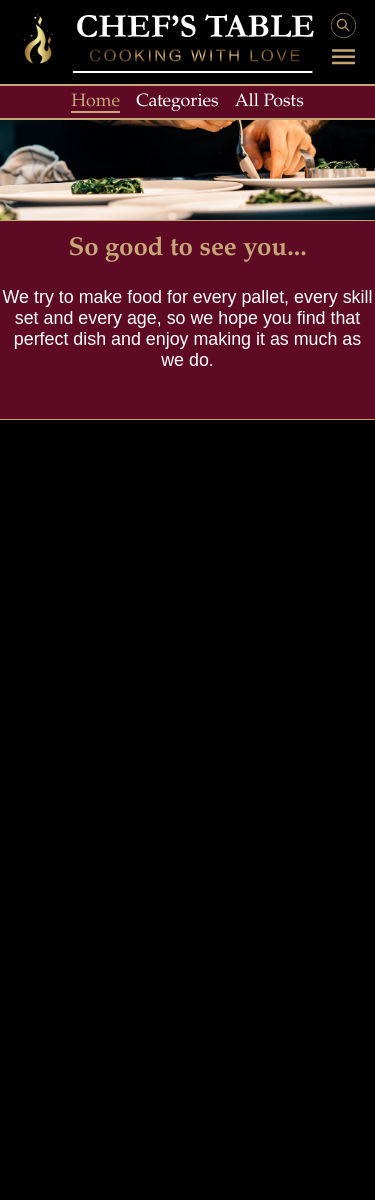
Repository: Noroff-FEU-Assignments/project-exam-1-runeunhjem
Page: index.html
The author's editor kept a copy of each file at every save. The page is drawn from the files as they stood at one save, then again after the next save.
The browser window is 375 px wide. The pictures show the whole page.
The page's requests for data from a server got no answer.

Above is the page before, as saved 2023-05-01 13:54:13.

### index.html
<!DOCTYPE html>
<html lang="en">
<head>
  <!-- Hotjar Tracking Code for CHEF'S TABLE -->
  <script>
      (function(h,o,t,j,a,r){
          h.hj=h.hj||function(){(h.hj.q=h.hj.q||[]).push(arguments)};
          h._hjSettings={hjid:3468936,hjsv:6};
          a=o.getElementsByTagName('head')[0];
          r=o.createElement('script');r.async=1;
          r.src=t+h._hjSettings.hjid+j+h._hjSettings.hjsv;
          a.appendChild(r);
      })(window,document,'https://static.hotjar.com/c/hotjar-','.js?sv=');
  </script>
  <meta charset="UTF-8">
  <meta http-equiv="X-UA-Compatible" content="IE=edge">
  <meta name="viewport" content="width=device-width, initial-scale=1.0">
  <meta name="keywords" content="Cooking, Chef, Table, Dinner, Dessert, Cousine, Recipes, Food">
  <meta name="description" content="A blog with recipes for only the best and juiciest dishes">
  <link rel="stylesheet" href="css/styles.css">
  <link rel="stylesheet" href="css/out-of-view-menu-text.css">
  <link rel="shortcut icon" href="favicon.ico" type="image/x-icon">
  <script defer src="js/posts.js" type="module"></script>
  <script defer src="js/searchbar.js"></script>
  <script defer src="js/script.js" type="module"></script>
  <title>CHEF'S TABLE | Home</title>
</head>
<body>
  <header class="header-desktop header-mobile" aria-label="Header">
    <div class="header-container">
      <div class="header-flame-logo head-item">
        <a href="index.html" aria-label="Home">
          <img src="images/logo-flame.svg" class="flame-logo" alt="Chef's Table Flame Logo">
          <span class="out-of-view-menu-text">Home</span>
        </a>
      </div>
      <div class="header-text-logo head-item">
        <img src="images/mob-logo-text.svg" id="logo-text" alt="Chef's Table Text Logo">
      </div>
        <div class="search-and-menu header-icons head-item">
          <div class="search-icon">
            <img src="images/ico-search.svg" alt="Search Icon">
          </div>
          <div class="menu-icon">
            <img src="images/ico-menu.svg" alt="Menu Icon">
          </div>
        </div>
    </div>
    <nav class="main-navigation" aria-label="Main Navigation">
      <div class="nav-container">
        <div class="desk-menu mob-menu menu">
            <ul class="search-bar nav-bar">
              <li><a href="index.html" class="active">Home</a></li>
              <li><a href="categories.html">Categories</a></li>
              <li><a href="all-posts.html">All Posts</a></li>
              <li class="desktop-only tablet"><a href="latest-posts.html">Latest Posts</a></li>
              <li class="desktop-only tablet"><a href="image-gallery.html">Image Gallery</a></li>
              <li class="desktop-only"><a href="contact.html">Contact</a></li>
              <li class="desktop-only"><a href="about.html">About</a></li>
              <li class="desktop-only"><a href="add-new-post.html">Add New Post</a></li>
            </ul>
            <div class="search-container">
              <form>
                <input type="text" placeholder="Search..." aria-label="Search for recipes">
                <button type="submit" class="search-button">
                  <div class="searchbar-icon">
                    <img src="images/ico-search.svg" alt="Search Icon">
                  </div>
                </button>
              </form>
            </div>
          </div>
        </div>
    </nav>
  </header>
  <main class="index" aria-label="Main Section">
    <div class="hero-image post-preview" id="post-preview"></div>
    <div class ="thank-you-note">
      <h3 class="so-god-to-see-you">So good to see you...</h3>
      <p class="enjoy-note">We try to make food for every pallet, every skill set and every age, so we hope you find that perfect dish and enjoy making it as much as we do.</p>
    </div>
    <div class="carousel-home" id="carousel-home"></div>
  </main>
  <footer>
  </footer>
</body>
</html>

### css/styles.css
:root {
  --color-black: #000000;
  --color-white: #FFFFFF;
  --color-grey: #D9D9D9;
  --color-gold: #C6A777;
  --color-red: #A60033;
  --color-burgundy: #5E0A24;
  --border-radius-50: 50%;
  --border-radius-10: 10%;
  --border-1px-gold: 1px solid var(--color-gold);
  --border-2px-gold: 2px solid var(--color-gold);
  --font-family-elegant: "Garamond", "Times New Roman", serif;
  --font-family-normal: "Arial", "Helvetica", sans-serif;
}

*, *:before, *:after {
  box-sizing: inherit;
}

body {
  margin: 0;
  box-sizing: border-box;
  background-color: var(--color-black);
  color: var(--color-white);
  min-height: 150vh;
}

header {
  display: flex;
  justify-content: center;
  flex-wrap: wrap;
}

img {
  max-width: 100%;
  max-height: 100%;
}

.header-container {
  display: flex;
  justify-content: space-around;
  align-items: center;
  margin: 0.5em 1em 0.7em 1em;
  box-sizing: border-box;
  max-height: 100%;
  width: 90vw;
  max-width: 970px;
  gap: 1em;
}
.header-container .flame-logo {
  max-height: 100px;
}

.header-text-logo {
  display: flex;
  align-items: flex-start;
}

.search-icon, .menu-icon {
  display: flex;
  justify-content: center;
  align-items: flex-end;
}

.search-and-menu {
  gap: 0.5em;
}

.head-item {
  display: flex;
  flex-direction: column;
  align-items: center;
  justify-content: center;
}

.main-navigation {
  display: flex;
  justify-content: center;
  align-items: center;
  height: auto;
  max-width: 100%;
  max-height: 100%;
}

.nav-container .menu {
  background-color: var(--color-burgundy);
  border-top: var(--border-2px-gold);
  border-bottom: var(--border-2px-gold);
  display: flex;
  flex-direction: column;
  justify-content: center;
  align-items: center;
  width: 100vw;
  min-height: 36px;
  height: 4vw;
  max-height: 48px;
}
.nav-container ul {
  display: flex;
  justify-content: space-around;
  gap: 1em;
  padding: 0;
  margin: 0;
  align-items: center;
}
.nav-container a {
  font-family: var(--font-family-elegant);
  font-size: calc(1rem + 0.5vw);
  color: var(--color-white);
  text-decoration: none;
}
.nav-container .hide {
  display: none;
}
.nav-container a:hover {
  color: var(--color-gold);
}
.nav-container li {
  list-style: none;
}
.nav-container .active {
  color: var(--color-gold);
  border-bottom: var(--border-2px-gold);
}

.search-container {
  display: none;
}

.show {
  display: flex;
  justify-content: center;
  align-items: center;
  max-width: 970px;
}
.show form {
  display: flex;
  justify-content: center;
  align-items: center;
  gap: 0.5em;
}
.show form input {
  text-indent: 0.5em;
  font-size: 1.2rem;
  background-color: var(--color-black);
  color: var(--color-white);
  border: var(--border-1px-gold);
  min-height: 24px;
  height: 2vw;
  min-width: 250px;
  border-radius: 6px;
}
.show form .search-button {
  border-radius: var(--border-radius-50);
  padding: 0;
  margin: 0;
  background-color: var(--color-burgundy);
  border: 1px solid var(--color-burgundy);
  min-height: 24px;
  height: 2vw;
}
.show img {
  min-height: 24px;
  height: 2vw;
}

main {
  display: flex;
  flex-direction: column;
  justify-content: flex-start;
  align-items: center;
}

.hero-image {
  background-image: url(../images/hero-image.png);
  background-size: cover;
  background-repeat: no-repeat;
  background-position: center bottom;
  width: 100vw;
  height: 279px;
}

.thank-you-note {
  display: flex;
  flex-direction: column;
  justify-content: flex-start;
  text-align: center;
  width: 100%;
  height: 200px;
  background-color: var(--color-burgundy);
  color: var(--color-white);
  border-top: var(--border-1px-gold);
  border-bottom: var(--border-1px-gold);
}

.so-god-to-see-you {
  margin: 0.5em auto;
  font-family: var(--font-family-elegant);
  font-size: calc(1.5rem + 0.5vw);
  color: var(--color-gold);
}

.enjoy-note {
  margin: 0.5em auto;
  font-family: var(--font-family-normal);
  font-size: calc(1rem + 0.5vw);
}

.carousel-home {
  display: flex;
  justify-content: flex-start;
  align-items: flex-start;
  width: 80vw;
  margin-bottom: 2em;
  gap: 1em;
}

.post-container {
  border: var(--border-1px-gold);
  border-radius: 6px;
  padding: 0.5em;
  height: 295px;
  width: 243px;
}

.post-image-container {
  width: 213px;
  height: 110px;
  padding-bottom: 56.25%; /* 16:9 aspect ratio */
  background-size: cover;
  background-position: center center;
  border-top-left-radius: 6px;
  border-top-right-radius: 6px;
}

.post-title {
  font-family: var(--font-family-elegant);
  font-size: 1.2rem;
  font-weight: bold;
  color: var(--color-gold);
  height: 40px;
  margin: 0.4em 0 0 0;
}

.post-tagline {
  font-family: var(--font-family-normal);
  margin: 0.4em 0;
  font-size: 0.9rem;
  height: 32px;
}

.post-tags {
  font-family: var(--font-family-normal);
  font-size: 0.8rem;
  margin: 0 0 0.6em 0;
  height: 48px;
  line-height: 1.35;
}

.post-added {
  font-family: var(--font-family-normal);
  font-size: 0.7rem;
  margin: 0;
}

@media screen and (max-width: 768px) {
  .desktop-only {
    display: none;
  }
  .tablet {
    display: block;
  }
  .hero-image {
    background-image: url(../images/hero-image.png);
    height: 180px;
  }
}
@media screen and (max-width: 460px) {
  .tablet {
    display: none;
  }
  .hero-image {
    background-image: url(../images/hero-image.png);
    height: 100px;
  }
}/*# sourceMappingURL=styles_20230501135413.css.map */

### css/out-of-view-menu-text.css
.out-of-view-menu-text {
  position: absolute;
  left: -10000px;
}

### js/posts.js
const apiUrl = "https://wordpress.runeunhjem.no/wp-json/wp/v2/posts?per_page=50";
let posts = [];

async function getPosts() {
  try {
    const response = await fetch(apiUrl);
    const result = await response.json();
    console.log(result);

    for (const item of result) {
      const categoriesResponse = await fetch(item._links["wp:term"][0].href);
      const categoriesResult = await categoriesResponse.json();
      const categories = categoriesResult.map(category => category.name);

      const tagsResponse = await fetch(item._links["wp:term"][1].href);
      const tagsResult = await tagsResponse.json();
      const tags = tagsResult
        .filter((tag) => tag.name !== "ep1" && tag.name !== "food").map((tag) => tag.name);

      const post = {
        postId: item.id,
        title: item.title.rendered.replace(/&amp;/g, "&"),
        shortDescription: item.content.rendered.match(/<p>(.*?)<\/p>/)[1].trim(),
        tags: tags,
        date: new Date(item.date),
        categories: categories,
        image: item.content.rendered.match(/src="([^"]*)"/)[1],
        instructions: item.content.rendered.match(/<ol>(.*?)<\/ol>/s)[0],
        recipe: item.content.rendered.match(/Ingredients:([\s\S]*?)<ol>/)[1].trim(),
      };
      posts.push(post);
    // for (const item of result) {
    //   // fetch categories and tags for the post

    //   const post = {
    //     postId: item.id,
    //     title: item.title.rendered.replace(/&/g, "&amp;"),
    //     categories: categories,
    //     tags: tags,
    //     image: item.content.rendered.match(/src="([^"]*)"/)[1],
    //     instructions: item.content.rendered.match(/<ol>(.*?)<\/ol>/s)[0],
    //     recipe: item.content.rendered.match(/Ingredients:([\s\S]*?)<ol>/)[1].trim(),
    //     shortDescription: item.excerpt.rendered.replace(/(<([^>]+)>)/gi, "").trim()
    //   };
    //   posts.push(post);
    };
  } catch (error) {
    console.log(error);
  };
};

export { getPosts, posts };

### js/script.js
import { getPosts, posts } from "./posts.js";

(async function () {
  await getPosts();
  console.log("posts is: ", posts);

  const carousel = document.getElementById("carousel-home");

  for (const post of posts) {
    const postContainer = document.createElement("div");
    postContainer.classList.add("post-container");

    const container = document.createElement("div");
    container.classList.add("post-image-container");
    postContainer.appendChild(container);

    const image = new Image();
    image.onload = function () {
      container.style.backgroundImage = `url(${image.src})`;
    };
    image.src = post.image;

    const title = document.createElement("h2");
    title.classList.add("post-title");
    title.textContent = post.title;
    postContainer.appendChild(title);

    const tagLine = document.createElement("p");
    tagLine.classList.add("post-tagline");
    tagLine.textContent = post.shortDescription;
    postContainer.appendChild(tagLine);

    const tags = document.createElement("p");
    tags.classList.add("post-tags");
    tags.textContent = `Tags: ${post.tags.join(", ")}`;
    postContainer.appendChild(tags);

    const date = new Date(post.date);
    const dateString = `${date.toLocaleString("default", { month: "short" })} ${date.getDate()}, ${date.getFullYear()}`;
    const added = document.createElement("p");
    added.classList.add("post-added");
    added.textContent = `Added: ${dateString}`;
    postContainer.appendChild(added);


    // const categories = document.createElement("p");
    // categories.textContent = `Categories: ${post.categories.join(", ")}`;
    // postContainer.appendChild(categories);


    // const instructions = document.createElement("div");
    // instructions.innerHTML = post.instructions;
    // postContainer.appendChild(instructions);

    // const recipe = document.createElement("div");
    // recipe.innerHTML = post.recipe;
    // postContainer.appendChild(recipe);

    carousel.appendChild(postContainer);
  }
})();

### js/searchbar.js
const searchIcon = document.querySelector(".search-icon");
const searchContainer = document.querySelector(".search-container");
const navContainer = document.querySelector(".search-bar");

searchIcon.addEventListener("click", function () {
  searchContainer.classList.toggle("show");
  navContainer.classList.toggle("hide");
});

After the next save:
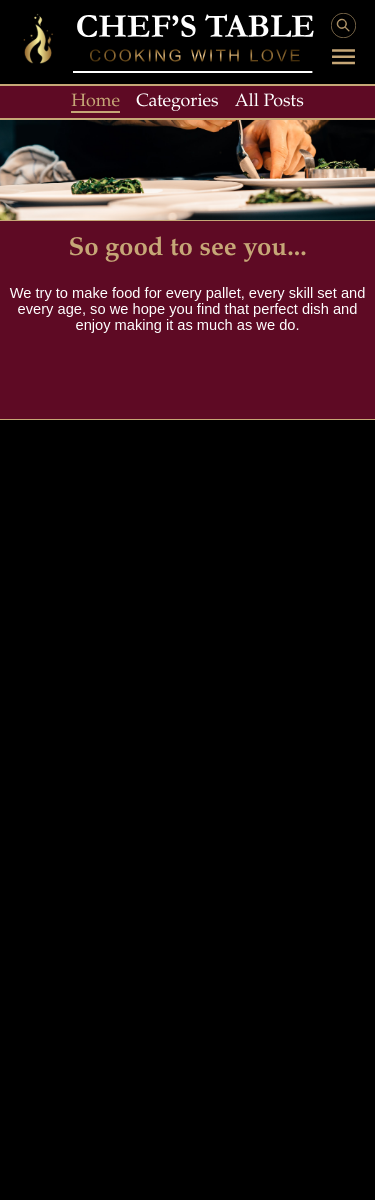
Saved 9 s later.
--- a/css/styles.css
+++ b/css/styles.css
@@ -203,7 +203,7 @@ main {
 .enjoy-note {
   margin: 0.5em auto;
   font-family: var(--font-family-normal);
-  font-size: calc(1rem + 0.5vw);
+  font-size: calc(0.8rem + 0.5vw);
 }
 
 .carousel-home {
@@ -283,4 +283,4 @@ main {
     background-image: url(../images/hero-image.png);
     height: 100px;
   }
-}/*# sourceMappingURL=styles_20230501135413.css.map */
+}/*# sourceMappingURL=styles_20230501135422.css.map */
